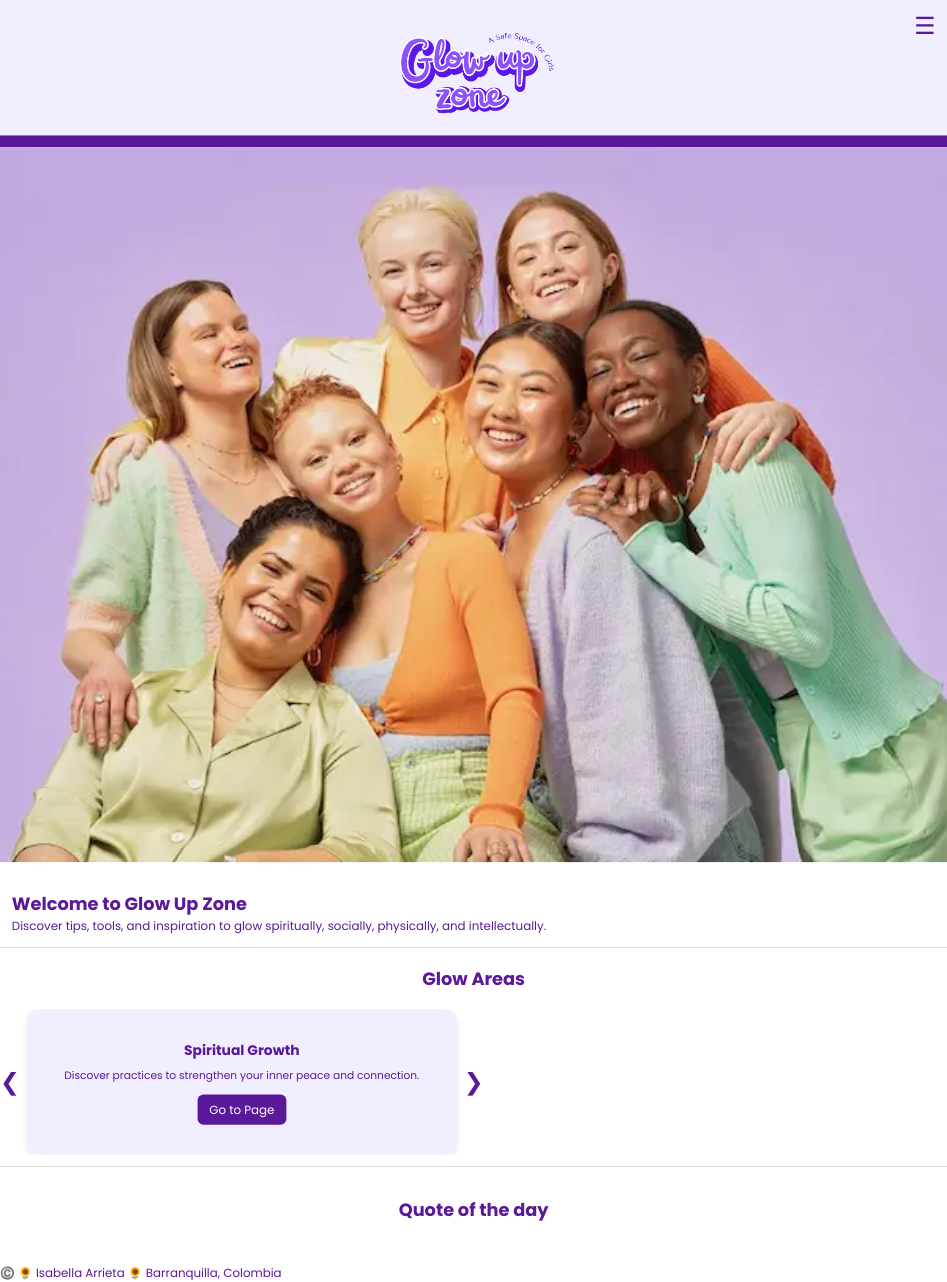
Repository: isaAJ05/wdd131
Page: final-project/final-project.html
An editor plug-in stored every save of this project. The page is shown before and after the next save, followed by the edit.
The browser window is 1280 px wide. The pictures show the whole page, at 74% of full size.

Above is the page before, as saved 2025-08-09 01:01:20.

After the next save:
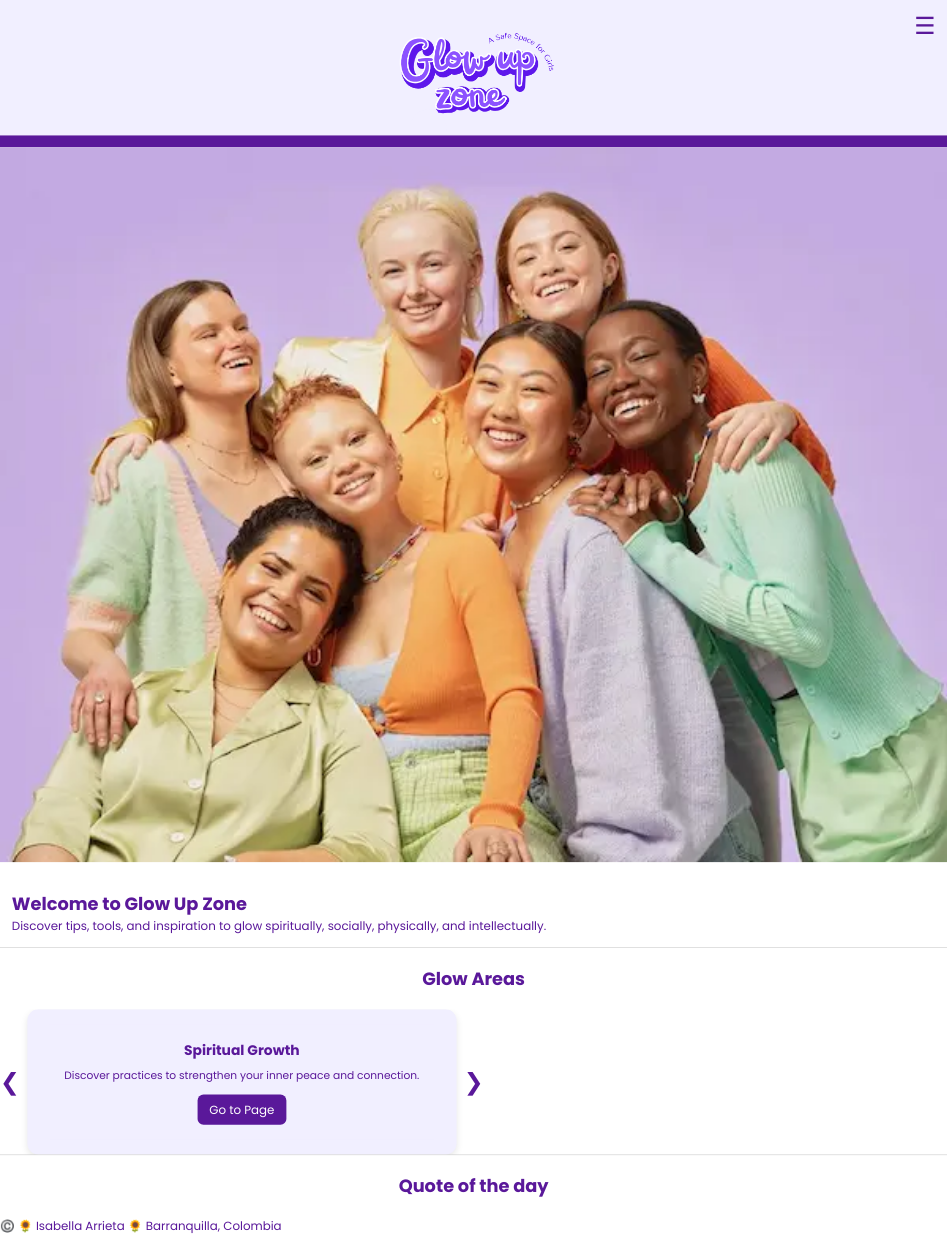
Saved 18 s later.
--- a/final-project/styles/final-project.css
+++ b/final-project/styles/final-project.css
@@ -152,9 +152,5 @@
 }
 .two{
     border-top: #D6D6D6 1px solid;
-    padding: 1rem;
-    margin: 1rem 0;
-    text-align: center;
-    font-family: var(--font-one);
-    font-weight: 400;
+
 }

After the 2 saves that followed:
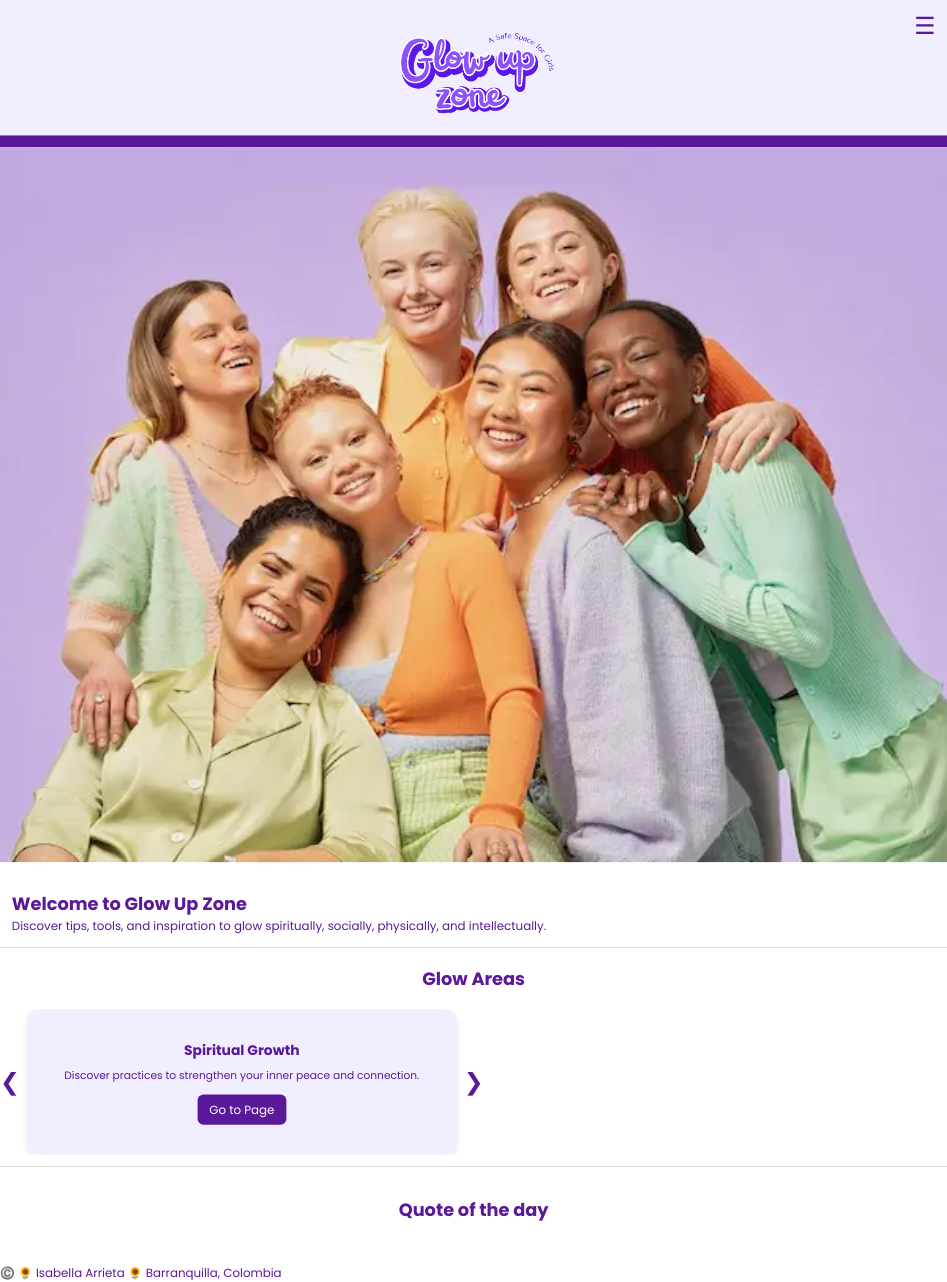
The 2 saves are shown as one change because they came seconds apart.
The last was saved 8 s later.
--- a/final-project/styles/final-project.css
+++ b/final-project/styles/final-project.css
@@ -152,5 +152,6 @@
 }
 .two{
     border-top: #D6D6D6 1px solid;
-
+    padding: 1rem;
+    margin: 1rem 0;
 }
